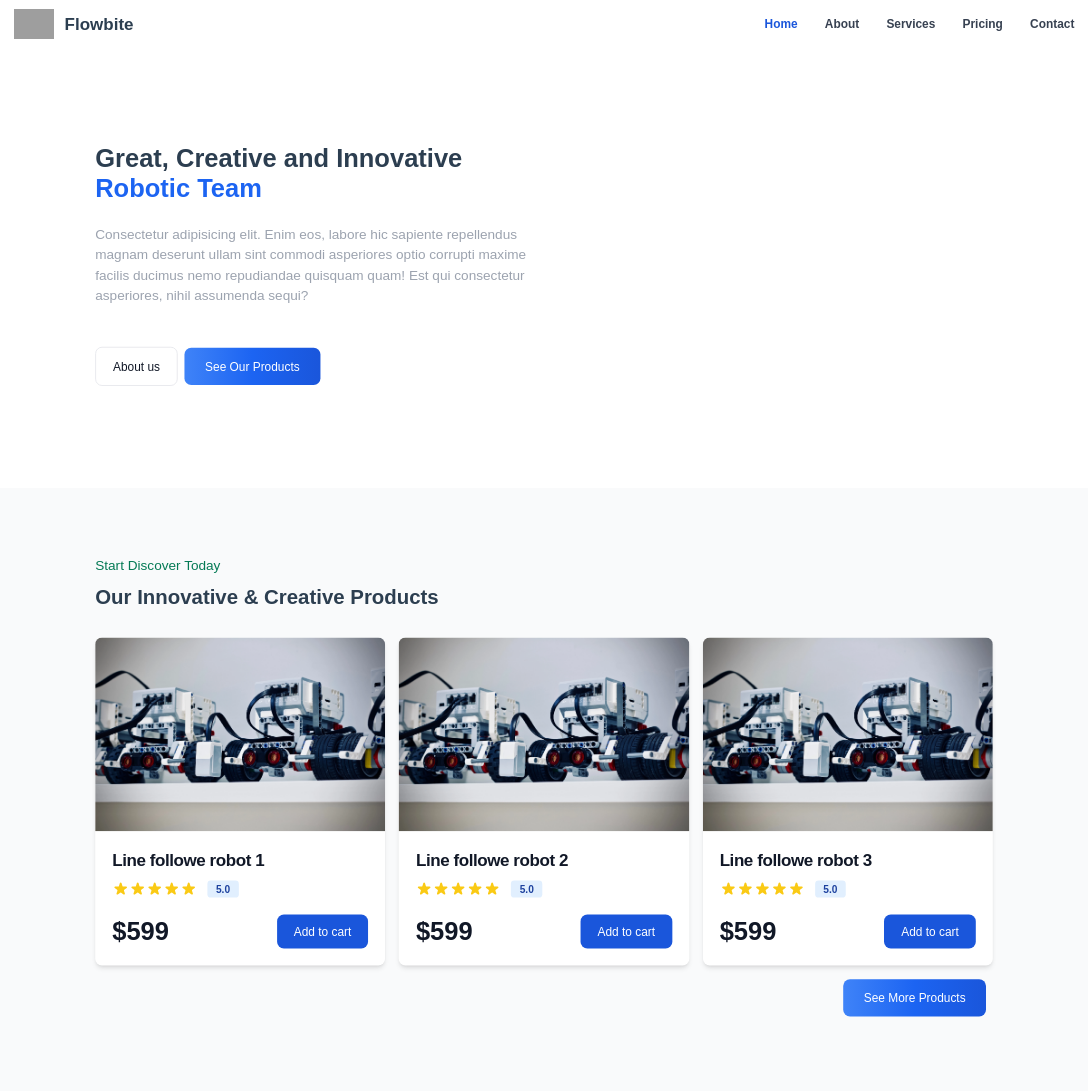
Repository: khulqu15/siderobotion
Page: /
An editor plug-in stored every save of this project. The page is shown before and after the next save, followed by the edit.
The browser window is 1280 px wide. The pictures show the whole page, at 85% of full size.
Pictures or frames that could not be fetched are drawn as grey boxes. The project was rebuilt for these pictures with package versions that can differ from the ones it lists, and the page was loaded fresh each time. Also part of the build but not shown: vue.config.js.

Above is the page before, as saved 2022-06-12 02:51:25.

After the next save:
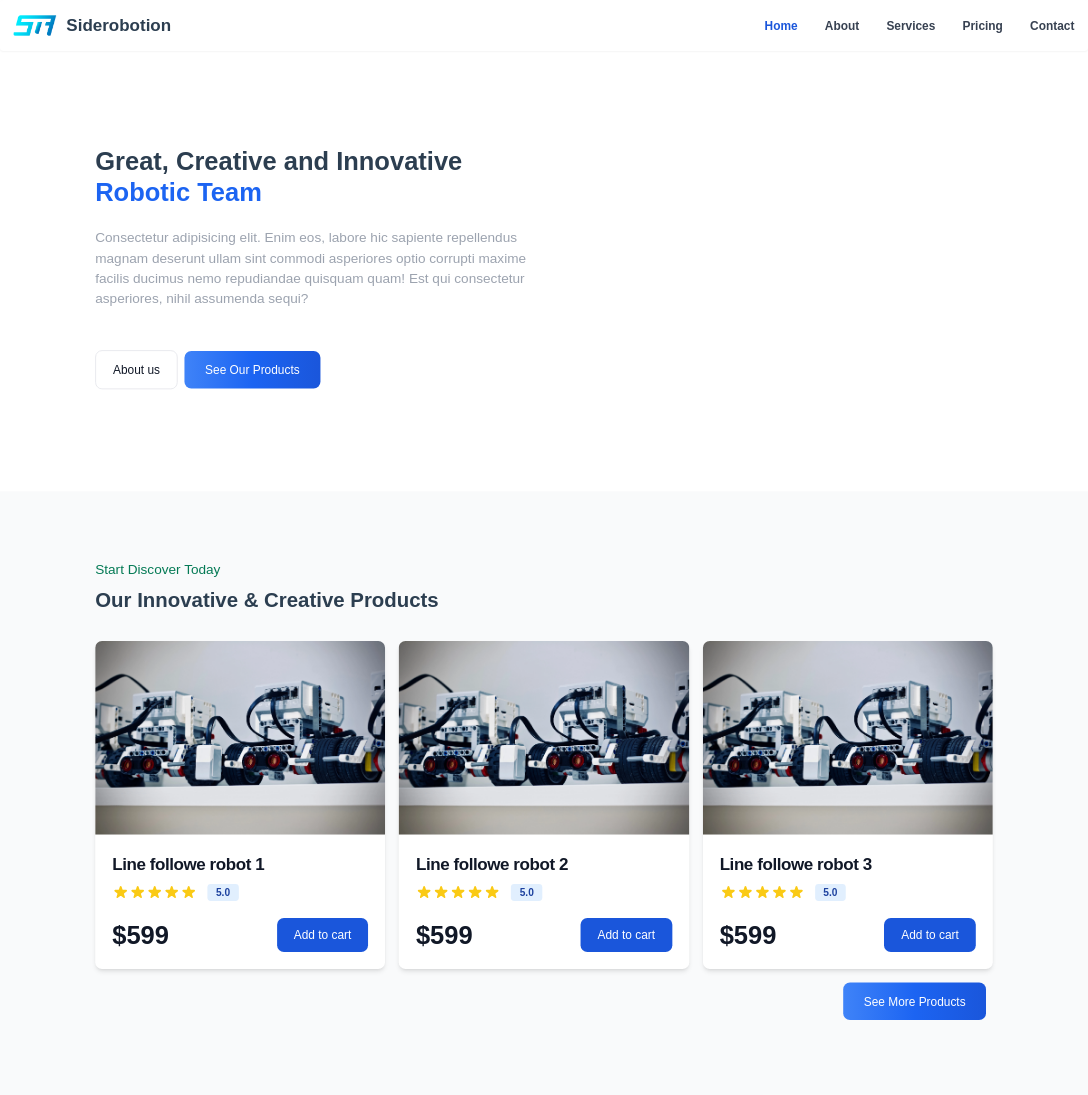
Saved 61 s later.
--- a/src/components/NavigationHeader.vue
+++ b/src/components/NavigationHeader.vue
@@ -1,6 +1,6 @@
 <template>
   <div>
-    <!-- <nav class="bg-white border-gray-200 px-2 sm:px-4 py-4 shadow-sm rounded dark:bg-gray-800">
+    <nav class="bg-white border-gray-200 px-2 sm:px-4 py-4 shadow-sm rounded dark:bg-gray-800">
       <div class="container flex flex-wrap justify-between items-center mx-auto">
         <a href="/" class="flex items-center">
           <img :src="require('@/assets/logo.webp')" class="mr-3 h-4 sm:h-6" alt="Siderobotion Logo">
@@ -31,9 +31,9 @@
           </ul>
         </div>
       </div>
-    </nav> -->
+    </nav>
 
-    <nav class="bg-white border-gray-200 px-2 sm:px-4 py-2.5 rounded dark:bg-gray-800">
+    <!-- <nav class="bg-white border-gray-200 px-2 sm:px-4 py-2.5 rounded dark:bg-gray-800">
       <div class="container flex flex-wrap justify-between items-center mx-auto">
         <a href="https://flowbite.com" class="flex items-center">
             <img src="/docs/images/logo.svg" class="mr-3 h-6 sm:h-9" alt="Flowbite Logo" />
@@ -64,7 +64,7 @@
           </ul>
         </div>
       </div>
-    </nav>
+    </nav> -->
 
   </div>
 </template>
